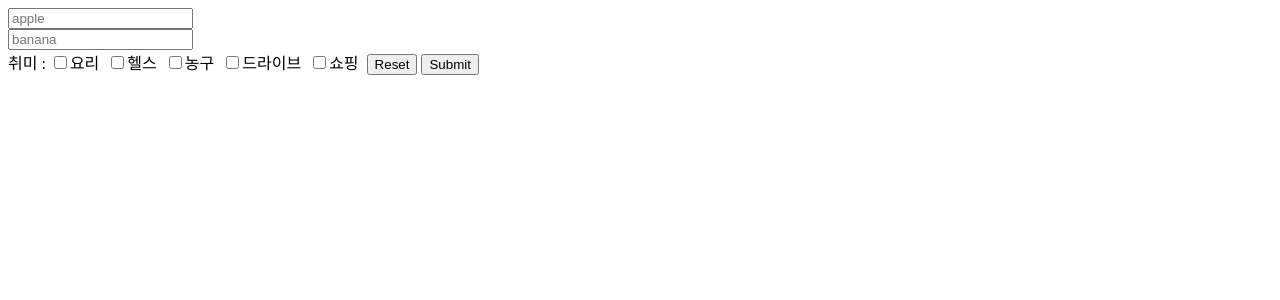
Repository: Yingjae/jsp_practice
Page: http://localhost/JSPBasic/JspObject/1.requests/req_param_send.jsp
An editor plug-in stored every save of this project. The page is shown before and after the next save, followed by the edit.
The browser window is 1280 px wide. The pictures show the whole page.
The page is served by Tomcat 9.

Above is the page before, as saved 2022-02-03 06:07:03.

After the next save:
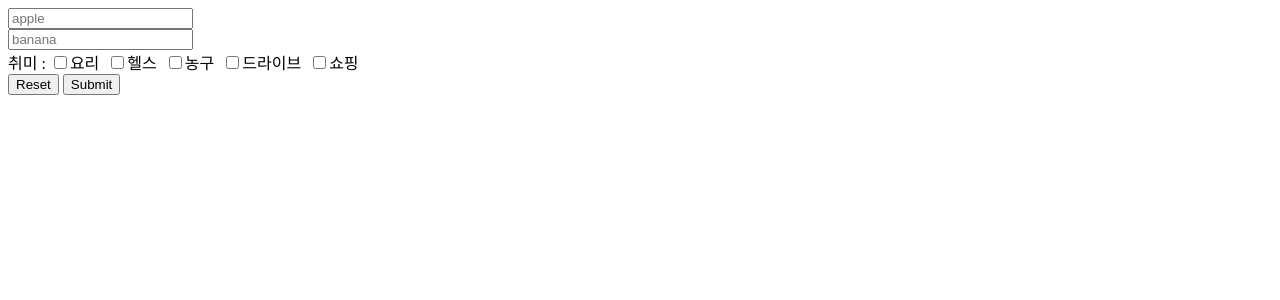
Saved 2 min 40 s later.
--- a/JSPBasic/src/main/webapp/JspObject/1.requests/req_param_send.jsp
+++ b/JSPBasic/src/main/webapp/JspObject/1.requests/req_param_send.jsp
@@ -24,7 +24,7 @@
  		<input type="checkbox" name="hobby">헬스&nbsp;
  		<input type="checkbox" name="hobby">농구&nbsp;
  		<input type="checkbox" name="hobby">드라이브&nbsp;
- 		<input type="checkbox" name="hobby">쇼핑&nbsp;
+ 		<input type="checkbox" name="hobby">쇼핑&nbsp;<br/>
 
  		<input type="reset" />
  		<input type="submit" />
